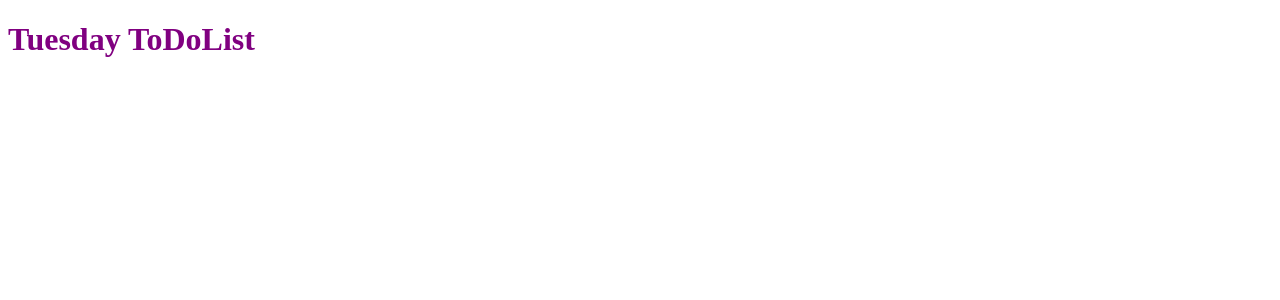
Repository: leyvamn2/todolist
Page: http://localhost/
These files come from the project's save history. The page is drawn as it stood at one moment and after the next save; the edit follows.
The browser window is 1280 px wide. The pictures show the whole page.
The page is served by the project's Node server (app.js).

Above is the page before, as saved 2022-08-18 19:04:01.

### views/list.ejs
<!DOCTYPE html>
<html lang="eng" dir="ltr">
    <head>
        <meta charset="utf-8">
        <title>To do List</title>
    </head>
    <body>

        <h1 style="color:purple"><%=kindOfDay %> ToDoList</h1>

    </body>
</html>

### app.js
//jshin esversion:7
const express=require("express");
const bodyParser= require("body-parser");



const app= express();
var days=["Sunday","Monday","Tuesday","Wednesday","Thursday","Friday","Saturday"]

app.set("view engine","ejs");
app.get("/",function(req,res){

    var today=new Date();
    var options={
        weekday:"long",
        day:"numeric",
        month: "long"
    };
    var currentDay=today.getDay();

    var day=today.toLocaleDateString("en-US");
    if(currentDay===6 || currentDay===0){
        //res.render('index'); sirve para eviar un archivo html

    }
    else{
        //day="weekday";
        //res.sendFile(__dirname + "/weekday.html");
        //console.log(__dirname + "/index.html");
        //res.write("<p>I have to work!</p>"); enviar varios textos
        //res.send(); esto sirve para crear directamente html
    }

    day=days[currentDay];
   res.render("list.ejs", { kindOfDay:day});
});

app.listen(3001,function(){
    console.log("Server on port 3000");

});

After the next save:
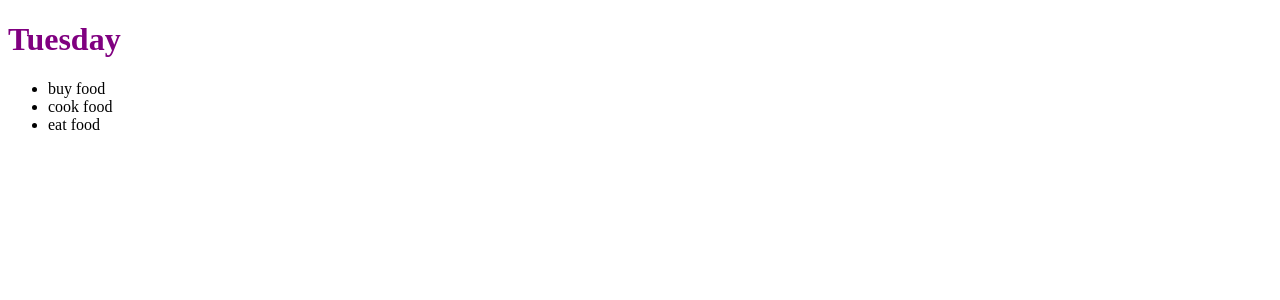
Saved 2 min 36 s later.
--- a/views/list.ejs
+++ b/views/list.ejs
@@ -6,7 +6,12 @@
     </head>
     <body>
 
-        <h1 style="color:purple"><%=kindOfDay %> ToDoList</h1>
+        <h1 style="color:purple"><%=kindOfDay %> </h1>
+        <ul>
+            <li>buy food</li>
+            <li>cook food</li>
+            <li>eat food </li>
+        </ul>
 
     </body>
 </html>
